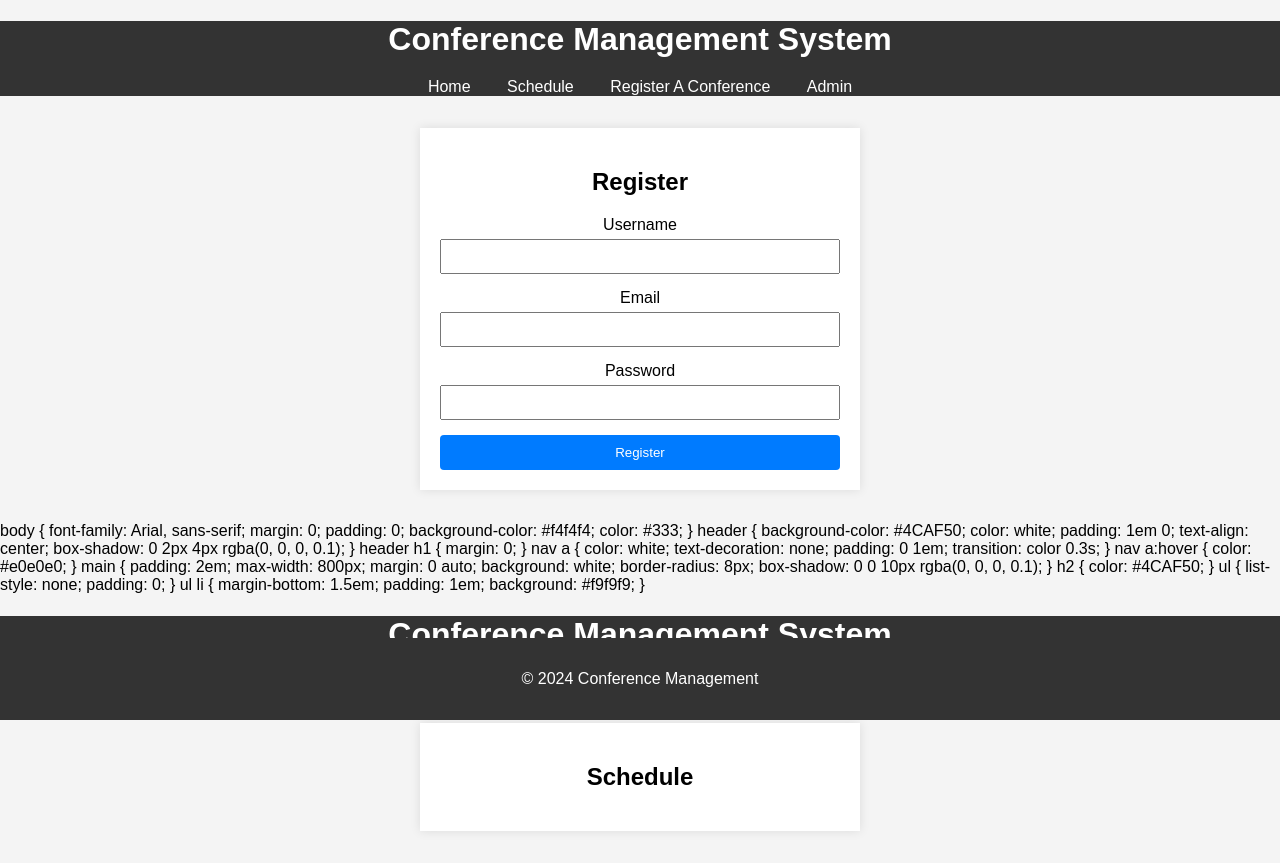
Repository: AMIT1439027/conferenceapp
Page: http://localhost/user_register.php
The author's editor kept a copy of each file at every save. The page is drawn from the files as they stood at one save, then again after a run of saves.
The browser window is 1280 px wide. The pictures show the whole page.
The page is run by PHP 8.4 with error messages shown; the project is at /var/www/html/. Queries for data that is not in the repository find no rows.

Above is the page before, as saved 2024-05-29 15:27:45.

### user_register.php
<?php
include 'db_connect.php';
session_start();

if ($_SERVER['REQUEST_METHOD'] == 'POST') {
    $username = $_POST['username'];
    $email = $_POST['email'];
    $password = password_hash($_POST['password'], PASSWORD_BCRYPT);

   $stmt = $pdo->prepare("INSERT INTO users(username,email,password) VALUES(?,?,?)");
   $stmt->execute([$username,$email,$password]);
}
?>

<!DOCTYPE html>
<html lang="en">
<head>
    <meta charset="UTF-8">
    <title>Register</title>
    <link rel="stylesheet" href="styles.css">
</head>
<body>
<header>
    <h1>Conference Management System</h1>

    <nav>
        <a href="index.php">Home</a>
        <a href="Schedule.php">Schedule </a>
        <a href="register.php">Register A Conference</a>
        <a href="admin.php">Admin</a>

    </nav>
</header>

<main>
    <div class="form-container">
        <h2>Register</h2>
        <form method="post" action="user_register.php">
            <div class="form-group">
                <label>Username</label>
                <input type="text" name="username" required>
            </div>
            <div class="form-group">
                <label>Email</label>
                <input type="email" name="email" required>
            </div>
            <div class="form-group">
                <label>Password</label>
                <input type="password" name="password" required>
            </div>
            <button type="submit">Register</button>

        </form>
        <!-- <p>Already have an account? <a href="login.php">Login here</a></p> -->
    </div>
    </main>
    <footer>
    <p>&copy; 2024 Conference Management</p>
 </footer>
</body>
</html>


body {
    font-family: Arial, sans-serif;
    margin: 0;
    padding: 0;
    background-color: #f4f4f4;
    color: #333;
}

header {
    background-color: #4CAF50;
    color: white;
    padding: 1em 0;
    text-align: center;
    box-shadow: 0 2px 4px rgba(0, 0, 0, 0.1);
}

header h1 {
    margin: 0;
}

nav a {
    color: white;
    text-decoration: none;
    padding: 0 1em;
    transition: color 0.3s;
}

nav a:hover {
    color: #e0e0e0;
}

main {
    padding: 2em;
    max-width: 800px;
    margin: 0 auto;
    background: white;
    border-radius: 8px;
    box-shadow: 0 0 10px rgba(0, 0, 0, 0.1);
}

h2 {
    color: #4CAF50;
}

ul {
    list-style: none;
    padding: 0;
}

ul li {
    margin-bottom: 1.5em;
    padding: 1em;
    background: #f9f9f9;
}
 <?php
include 'db_connect.php';

$stmt = $pdo->query("SELECT * FROM conferences");
$conferences = $stmt->fetchAll();
?>

<!DOCTYPE html>
<html lang="en">
<head>
    <meta charset="UTF-8">
    <meta name="viewport" content="width=device-width, initial-scale=1.0">
    <title>Schedule</title>
    <link rel="stylesheet" href="styles.css">
</head>
<body>

<header>
    <h1>Conference Management System</h1>
    <nav>
        <a href="index.php">Home</a>
        <a href="schedule.php">Schedule</a>
        <a href="register.php">Register A Conference</a>
        <a href="feedback.php">Feedback</a>
        <!-- <a href="admin.php">Admin</a> -->
    </nav>
</header>
<main>
    <div class="form-container">
        <h2>Schedule</h2>
        <ul>
            <?php foreach($conferences as $conference): ?>
                <li>
                    <h3><?= htmlspecialchars($conference['name']) ?></h3>
                    <p><?= htmlspecialchars($conference['description']) ?></p>
                    <p><?= htmlspecialchars($conference['date']) ?></p>
                    <p>Location: <?= htmlspecialchars($conference['location']) ?></p>
                </li>
            <?php endforeach; ?>
        </ul>
    </div>
</main>

<footer>
    <p>&copy; 2024 Conference Management</p>
</footer>

</body>
</html>

### db_connect.php
<?php
$servername = "localhost";
$username = "root";
$password = "mysql143";
$dbname = "conference_db";

// Create connection
// $conn = new mysqli($servername, $username, $password, $dbname);

// // Check connection
// if ($conn->connect_error) {
//     die("Connection failed: " . $conn->connect_error);
// }
try{
    $pdo = new PDO("mysql:host=$servername;dbname=$dbname", $username, $password );
   $pdo->setAttribute(PDO::ATTR_ERRMODE, PDO::ERRMODE_EXCEPTION);
}
catch(PDOException $e){
   die("connection Failed");
}


?>

### styles.css

body {
    font-family: Arial, sans-serif;
    background-color: #f4f4f4;
    margin: 0;
    padding: 0;
}
/*  new css */



/* End CSS */
header{
    background-color: #333333;
    color: #fff;
    padding: 1 em 0;
    text-align: center;

}

nav a{
    color: #fff;
    margin: 0 1rem;
    text-decoration: none;
}

main{
    padding: 2em;
    text-align: center;
}

footer{
    background-color: #333;
    color:#fff;
    padding: 1em 0;
    text-align: center;
    position: fixed;
    bottom: 0;
    width: 100%;
}



.container {
    width: 80%;
    margin: 0 auto;
    padding: 20px;
    background-color: #fff;
    box-shadow: 0 0 10px rgba(0, 0, 0, 0.1);
}

h1 {
    text-align: center;
    margin-bottom: 20px;
}

.table {
    width: 100%;
    margin-bottom: 20px;
    border-collapse: collapse;
}

.table th, .table td {
    border: 1px solid #ddd;
    padding: 8px;
}

.table th {
    background-color: #f2f2f2;
    text-align: left;
}

.food-item {
    border: 1px solid #ddd;
    padding: 10px;
    margin-bottom: 20px;
    text-align: center;
}

.food-item img {
    max-width: 100%;
    height: auto;
}

.form-group {
    margin-bottom: 15px;
}

.form-group label {
    display: block;
    margin-bottom: 5px;
}

.form-group input, .form-group textarea, .form-group select {
    width: 100%;
    padding: 8px;
    box-sizing: border-box;
}

.btn {
    display: inline-block;
    padding: 10px 15px;
    color: #fff;
    background-color: #007BFF;
    text-decoration: none;
    border-radius: 4px;
    margin-right: 10px;
    transition: background-color 0.3s;
}

.btn:hover {
    background-color: #0056b3;
}

.form-container {
    max-width: 400px;
    margin: 0 auto;
    padding: 20px;
    background-color: #fff;
    box-shadow: 0 0 10px rgba(0, 0, 0, 0.1);
}

form {
    display: flex;
    flex-direction: column;
}

button {
    padding: 10px 15px;
    color: #fff;
    background-color: #007BFF;
    border: none;
    cursor: pointer;
    border-radius: 4px;
    transition: background-color 0.3s;
}

button:hover {
    background-color: #0056b3;
}

input[type="number"] {
    width: 50px;
}

After the next 2 saves:
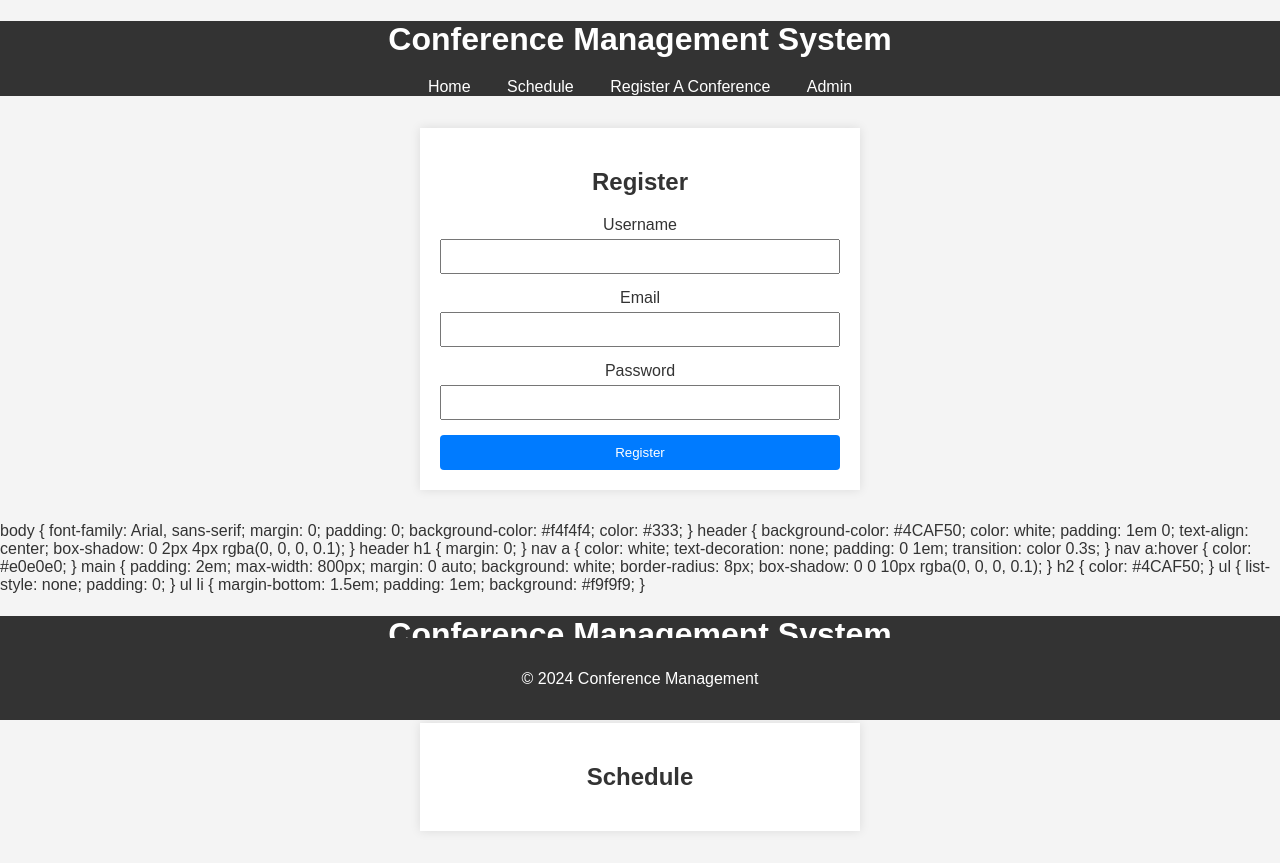
The 2 saves are shown as one change because they came seconds apart.
The last was saved 23 s later.
--- a/styles.css
+++ b/styles.css
@@ -4,6 +4,8 @@ body {
     background-color: #f4f4f4;
     margin: 0;
     padding: 0;
+    /* background-color: #f4f4f4; */
+    color: #333;
 }
 /*  new css */
 
